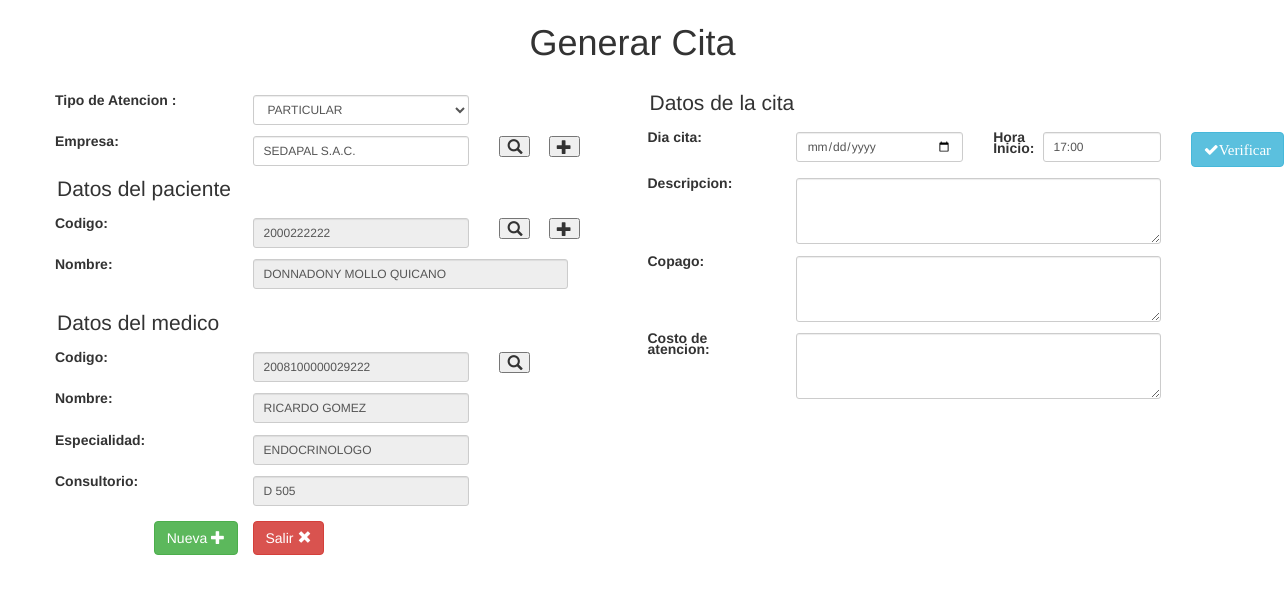
Repository: Donyx10/ADSII-ProyectoClinica
Page: http://localhost/AvanceWeb/GeneraCitaMedica.jsp
These files come from the project's save history. The page is drawn as it stood at one moment and after the next save; the edit follows.
The browser window is 1280 px wide. The page is 1284 px wide, so the pictures cover 1284 px, including what lies to the right of the window. The pictures show the whole page.
Some web fonts or font styles are not loaded; a fallback is used. The page is served by Tomcat 9. Other server files are loaded and not shown.

Above is the page before, as saved 2018-06-04 05:50:51.

### WebDemo/AvanceWeb/WebContent/GeneraCitaMedica.jsp
<!DOCTYPE html>
<html lang="esS">
<head>
<meta charset="UTF-8">
<meta name="viewport"
	content="width=device-width, initial-scale=1, maximum-scale=1, user-scalable=no">
<script type="text/javascript" src="js/jquery.min.js"></script>
<script type="text/javascript" src="js/jquery.dataTables.min.js"></script>
<script type="text/javascript" src="js/dataTables.bootstrap.min.js"></script>
<script type="text/javascript" src="js/bootstrap.min.js"></script>
<script type="text/javascript" src="js/bootstrapValidator.js"></script>
<link rel="stylesheet" href="css/bootstrap.css" />
<link rel="stylesheet" href="css/dataTables.bootstrap.min.css" />
<link rel="stylesheet" href="css/style.css" />
<link rel="stylesheet" href="css/bootstrapValidator.css" />
<link rel="stylesheet"
	href="https://cdnjs.cloudflare.com/ajax/libs/font-awesome/4.7.0/css/font-awesome.min.css">
<title>Generar Cita</title>

</head>
<body>

	<div class="container" style="padding-top: 3px; line-height: 0.8; padding-left: 0.01px;">
		<h1 align="center">Generar Cita</h1>
		<br>
		<br>
		<form action="generarCita" id="id_form">
			<div class="form-group row">
				<div class="col-md-6" >

					<div class="form-group row" align="left" id="atencion">
						<div class="col-md-12" >
							<div class="row">
								<div class="col-md-4">
									<label for="atencion">Tipo de Atencion : </label>
								</div>
								<div class="col-md-5">
									<select class="form-control input-sm" style="">
										<option>PARTICULAR
										<option>EPS
										<option>SEGURO
									</select>
								</div>
							</div>
							<br>
							<div class="row">
									<div class="col-md-4">
										<label class="" for="id_codigo">Empresa:</label>
									</div>
									<div class="col-md-5">
										<input class="form-control input-sm" type="text"
											value="SEDAPAL S.A.C." id="" name=""
											placeholder="Ingrese el codigo">
									</div>
									<div class="col-md-1" align="right">
										<button style="font-size: 15px">
											<i class="glyphicon glyphicon-search"></i>
										</button>
									</div>
									<div class="col-sm-1">
										<button style="font-size: 15px">
											<i class="glyphicon glyphicon-plus"></i>
										</button>
									</div>
								</div>

						</div>
					</div>

					<div class="form-group row" align="left" id="paciente">
						<div class="col-md-12" >
							<fieldset>
								<legend>Datos del paciente</legend>
								<div class="row">
									<div class="col-md-4">
										<label class="" for="id_codigo">Codigo:</label>
									</div>
									<div class="col-md-5">
										<input class="form-control input-sm" type="text" readonly="readonly"
											value="2000222222" id="" name=""
											placeholder="Ingrese el codigo">
									</div>
									<div class="col-md-1" align="right">
										<button style="font-size: 15px">
											<i class="glyphicon glyphicon-search"></i>
										</button>
									</div>
									<div class="col-sm-1">
										<button style="font-size: 15px">
											<i class="glyphicon glyphicon-plus"></i>
										</button>
									</div>
								</div>
								<br>
								<div class="row">
									<div class="col-md-4">
										<label class="" for="">Nombre:</label>
									</div>
									<div class="col-md-7">
										<input class="form-control input-sm" type="text" readonly="readonly"
											value="DONNADONY MOLLO QUICANO" id="" name=""
											placeholder="Ingrese el nombre" size="30">
									</div>
								</div>

							</fieldset>
						</div>

					</div>

					<br>
					<div class="form-group row" id="cita" >
						<div class="col-md-12">
						<fieldset>
								<legend>Datos del medico</legend>

								<div class="row">
									<div class="col-md-4">
										<label class="" for="id_codigo">Codigo:</label>
									</div>
									<div class="col-md-5">
										<input class="form-control input-sm" type="text" readonly="readonly"
											id="id_codigo" value="2008100000029222"
											name="computadora.nombre" placeholder="Ingrese el codigo">

									</div>
									<div class="col-md-1">
										<button style="font-size: 15px">
											<i class="glyphicon glyphicon-search"></i>
										</button>
									</div>
								</div>
								<br>
								<div class="row">
									<div class="col-md-4">
										<label class="" for="">Nombre:</label>
									</div>
									<div class="col-md-5">
										<input class="form-control input-sm" type="text" id="" readonly="readonly"
											value="RICARDO GOMEZ" name="" placeholder="Ingrese el nombre">
									</div>
								</div>
								<br>
								<div class="row">
									<div class="col-md-4">
										<label class="" for="">Especialidad:</label>
									</div>
									<div class="col-md-5">
										<input class="form-control input-sm" type="text" id="" name="" readonly="readonly"
											value="ENDOCRINOLOGO" placeholder="Ingrese la especialidad">
									</div>
								</div>
								<br>
								<div class="row">
									<div class="col-md-4">
										<label class="" for="">Consultorio:</label>
									</div>
									<div class="col-md-5">
										<input class="form-control input-sm" type="text" id="" name="" readonly="readonly"
											value="D 505" placeholder="Ingrese el consultorio">
									</div>
								</div>
							</fieldset>

						</div>
					</div>
					<div class="form-group row" id="botones">
						<div class="col-md-2" align="center"></div>
						<div class="col-md-2" align="center">
							<button type="submit" class="btn btn-success">
								Nueva <span class="glyphicon glyphicon-plus"></span>
							</button>
						</div>
						<div class="col-md-2" align="center">
							<button type="submit" class="btn btn-danger">
								Salir <span class="glyphicon glyphicon-remove"></span>
							</button>
						</div>
					</div>
				</div>
				<div class="col-md-6" >
					<div class="form-group row" id="medico"
						>
						<div class="col-md-12" >
							<fieldset>
								<legend>Datos de la cita </legend>
								<!--
								<div class="row">
									<div class="col-md-3">
										<label class="" for="">Especialidad:</label>
									</div>
									<div class="col-md-4">
										<select class="form-control input-sm">
											<option>TRAUMATOLOGIA
											<option>CIRUJIA
											<option>GINECOLOGIA
										</select>
									</div>
								</div>
								<br>
								 -->
								<!--
						<div class="row">
							<div class="col-md-3">
								<label class="" for="">Numero:</label>
							</div>
							<div class="col-md-3">
								<input class="form-control" type="text" id="" name="" value="001-000029"
									size="10" placeholder="Numero">
							</div>
						</div>
						<br>-->
								<div class="row">
									<div class="col-md-3">
										<label class="" for="id_codigo">Dia cita:</label>
									</div>
									<div class="col-md-4">
										<input class="form-control input-sm" type="date" id=""
											value="5/18/2018" name="" placeholder="Dia" size="10">

									</div>

									<div class="col-md-1">
										<label class="" for="id_codigo">Hora Inicio:</label>
									</div>
									<div class="col-md-3">
										<input class="form-control input-sm" type="text" id="" name=""
											value="17:00" placeholder="Hora" size="10">

									</div>
									<div class="col-md-1">
										<button style="font-size: 15px" class="btn btn-info">
											<i class="fa fa-check">Verificar</i>
										</button>

									</div>
								</div>
								<br>
								<div class="row">
									<div class="col-md-3">
										<label class="" for="">Descripcion:</label>
									</div>
									<div class="col-lg-8">
										<textarea class="form-control input-sm" rows="3" id="comment"></textarea>
									</div>
								</div>
								<br>
								<div class="row">
									<div class="col-md-3">
										<label class="" for="">Copago:</label>
									</div>
									<div class="col-lg-8">
										<textarea class="form-control input-sm" rows="3" id="comment"></textarea>
									</div>
								</div>
								<br>
								<div class="row">
									<div class="col-md-3">
										<label class="" for="">Costo de atencion:</label>
									</div>
									<div class="col-lg-8">
										<textarea class="form-control input-sm" rows="3" id="comment"></textarea>
									</div>
								</div>
							</fieldset>
						</div>
					</div>
				</div>
			</div>
		</form>
	</div>
</body>
</html>

### WebDemo/AvanceWeb/WebContent/css/style.css


.table-fixed {
	width: 100%;
	background-color: #f3f3f3;
}

.table-fixed tbody {
	height: 120px;
	overflow-y: auto;
	width: 100%;
}

.table-fixed thead, .table-fixed tbody, .table-fixed tr, .table-fixed td,
	.table-fixed th {
	display: block;
}

.table-fixed tbody td {
	float: left;
}

.table-fixed thead tr th {
	float: left;
	background-color: #f39c12;
	border-color: #e67e22;
}

legend {
    display: block;
    padding-left: 2px;
    padding-right: 2px;
    border: none;
}

Loaded but not shown: WebDemo/AvanceWeb/WebContent/js/jquery.min.js (library); WebDemo/AvanceWeb/WebContent/js/jquery.dataTables.min.js (library); WebDemo/AvanceWeb/WebContent/js/dataTables.bootstrap.min.js (common file); WebDemo/AvanceWeb/WebContent/js/bootstrap.min.js (library); WebDemo/AvanceWeb/WebContent/js/bootstrapValidator.js (library); WebDemo/AvanceWeb/WebContent/css/bootstrap.css (library); WebDemo/AvanceWeb/WebContent/css/dataTables.bootstrap.min.css (library); WebDemo/AvanceWeb/WebContent/css/bootstrapValidator.css (common file)

After the next save:
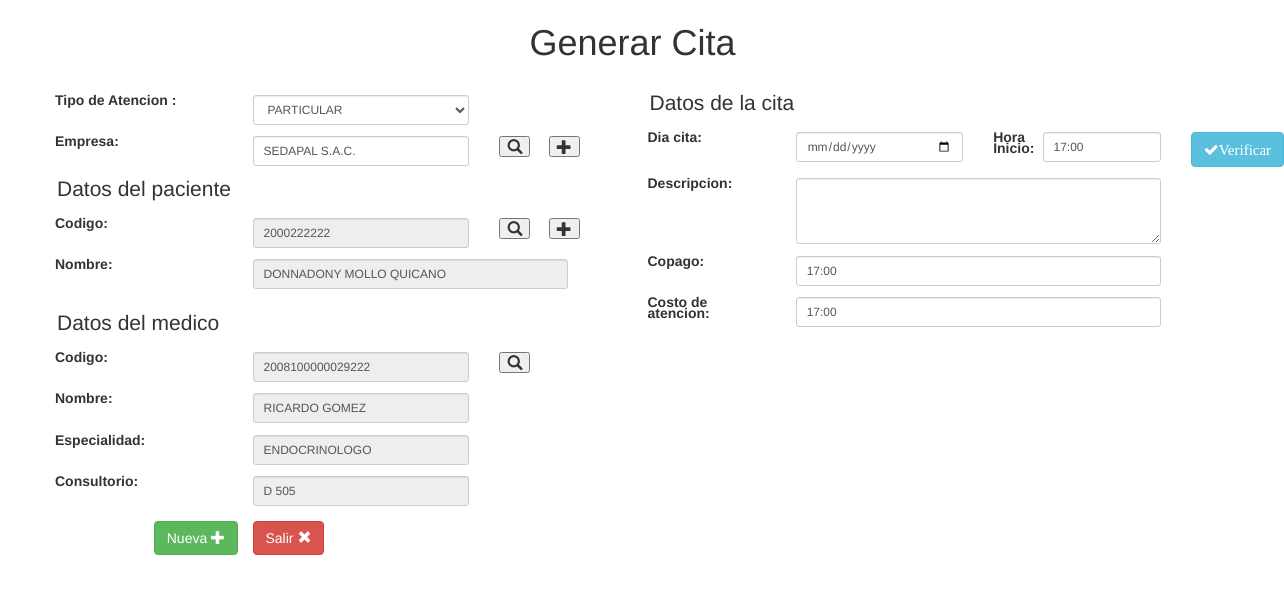
Saved 25 s later.
--- a/WebDemo/AvanceWeb/WebContent/GeneraCitaMedica.jsp
+++ b/WebDemo/AvanceWeb/WebContent/GeneraCitaMedica.jsp
@@ -250,7 +250,8 @@
 										<label class="" for="">Copago:</label>
 									</div>
 									<div class="col-lg-8">
-										<textarea class="form-control input-sm" rows="3" id="comment"></textarea>
+										<input class="form-control input-sm" type="text" id="" name=""
+											value="17:00" placeholder="Hora" size="10">
 									</div>
 								</div>
 								<br>
@@ -259,7 +260,8 @@
 										<label class="" for="">Costo de atencion:</label>
 									</div>
 									<div class="col-lg-8">
-										<textarea class="form-control input-sm" rows="3" id="comment"></textarea>
+										<input class="form-control input-sm" type="text" id="" name=""
+											value="17:00" placeholder="Hora" size="10">
 									</div>
 								</div>
 							</fieldset>
